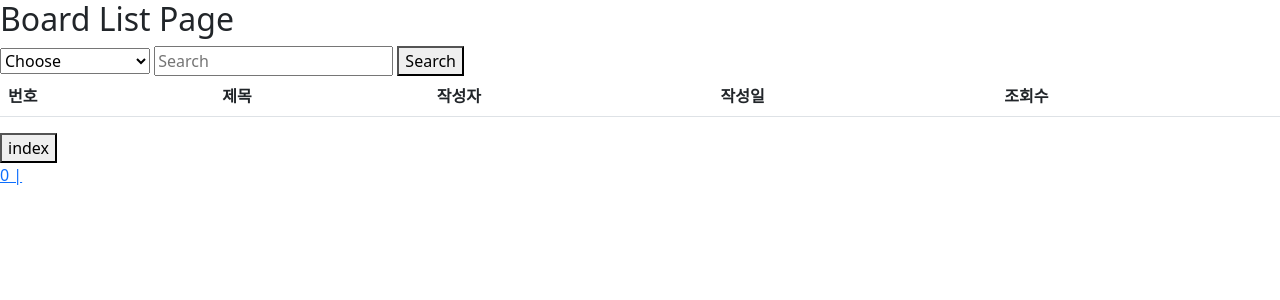
Repository: novemberjj/jsp
Page: http://localhost/jsp_project/board/list.jsp
An editor plug-in stored every save of this project. The page is shown before and after the next save, followed by the edit.
The browser window is 1280 px wide. The pictures show the whole page.
The page is served by Tomcat 9. The template is opened directly, without the code that normally fills it, so the values that code supplies are empty.

Above is the page before, as saved 2023-05-24 02:37:34.

After the next save:
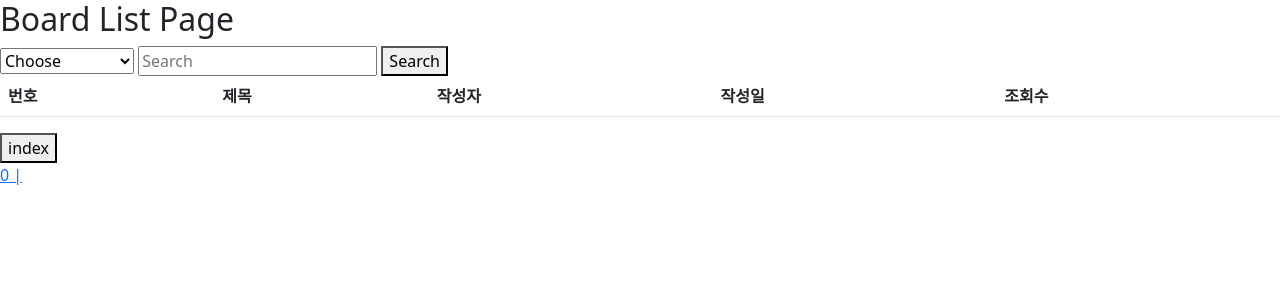
Saved 2 min 13 s later.
--- a/jsp_project2/jsp_project/src/main/webapp/board/list.jsp
+++ b/jsp_project2/jsp_project/src/main/webapp/board/list.jsp
@@ -20,9 +20,8 @@
 			<option>content</option>
 			<option>writer</option>
 			<option>title or content</option>
-			<option>title or writer</option>
-			<option>content or writer</option>
-			<option>all</option>
+			<option>bno</option>
+			<option>reg_date</option>
 		</select>
 		<input type="text" name="keyword" placeholder="Search">
 		<button type="submit">Search</button>
